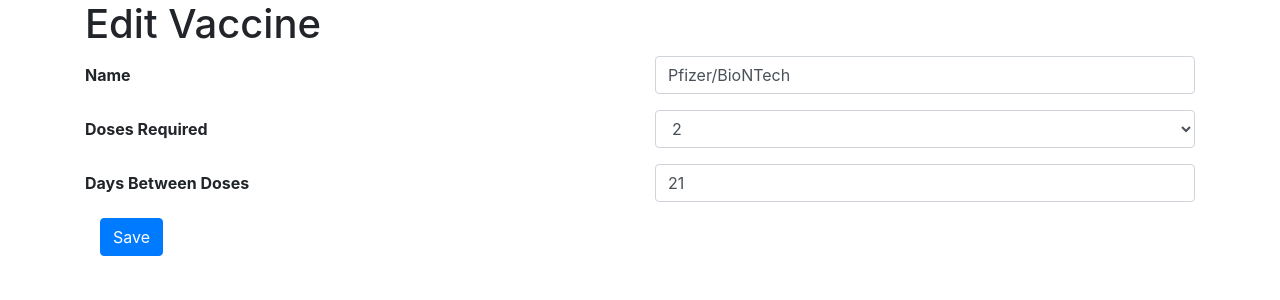
Repository: Thangtran1100/School-Stuff
Page: http://localhost/lab9/EditVaccine?id=1
These files come from the project's save history. The page is drawn as it stood at one moment and after the next save; the edit follows.
The browser window is 1280 px wide. The pictures show the whole page.
Some web libraries are served in a nearby version. The page is served by Tomcat 9. Other server files are loaded and not shown.

Above is the page before, as saved 2023-03-27 22:04:59.

### Spring 2023/CS3220/Assignments/3220-Lab9-App/lab9/src/main/webapp/EditVaccine.jsp
<%@ page language="java" contentType="text/html; charset=UTF-8"
    pageEncoding="UTF-8"%>
<%@ taglib prefix="c" uri="http://java.sun.com/jsp/jstl/core"%>
<!DOCTYPE html>
<html lang="en">
<head>
    <meta charset="UTF-8">
    <title>Edit Vaccine</title>
    <link rel="stylesheet"
	href="https://maxcdn.bootstrapcdn.com/bootstrap/4.0.0/css/bootstrap.min.css">
</head>
<body>
    <div class="container">
        <h1>Edit Vaccine</h1>
        <form action="EditVaccine" method="post" class="form-horizontal">
            <input type="hidden" name="id" value="${vaccineEntry.id}">

            <div class="form-group row">
                <label for="name" class="col-lg-6 font-weight-bold col-form-label control-label">Name</label>
                <div class="col-sm-6">
                    <input type="text" name="name" class="form-control" value="${vaccineEntry.vaccine}">
                </div>
            </div>

            <div class="form-group row">
                <label for="dose" class="col-lg-6 font-weight-bold col-form-label control-label">Doses Required</label>
                <div class="col-sm-6">
                    <select name="dose" class="form-control">
                        <c:forEach begin="1" end="2" var="index">
                            <c:choose>
                                <c:when test="${index == vaccineEntry.doseRequired}">
                                    <option value="${index}" selected>${index}</option>
                                </c:when>
                                <c:otherwise>
                                    <option value="${index}">${index}</option>
                                </c:otherwise>
                            </c:choose>
                        </c:forEach>
                    </select>
                </div>
            </div>

            <div class="form-group row">
                <label for="days" class="col-lg-6 font-weight-bold col-form-label control-label">Days Between Doses</label>
                <div class="col-sm-6">
                    <input type="text" name="days" class="form-control" value="${vaccineEntry.daysBetweenDose}">
                </div>
            </div>
            <div class="form-group">
                <div class="col-sm-offset-2 col-sm-10">
                    <button type="submit" class="btn btn-primary">Save</button>
                </div>
            </div>
        </form>
    </div>
    <!-- Bootstrap JS -->
    <script src="https://ajax.googleapis.com/ajax/libs/jquery/3.2.1/jquery.min.js"></script>
    <script src="https://maxcdn.bootstrapcdn.com/bootstrap/3.3.7/js/bootstrap.min.js"></script>
</body>
</html>

### Spring 2023/CS3220/Assignments/3220-Lab9-App/lab9/src/main/java/lab9/servlet/EditVaccine.java
package lab9.servlet;

import java.io.IOException;
import java.io.PrintWriter;
import java.util.List;

import javax.servlet.ServletException;
import javax.servlet.annotation.WebServlet;
import javax.servlet.http.HttpServlet;
import javax.servlet.http.HttpServletRequest;
import javax.servlet.http.HttpServletResponse;

import model.VaccineEntry;
import utilities.ServletUtilities;

/**
 * Servlet implementation class EditVaccine
 */
@WebServlet("/EditVaccine")
public class EditVaccine extends HttpServlet {
	private static final long serialVersionUID = 1L;

    /**
     * @see HttpServlet#HttpServlet()
     */
    public EditVaccine() {
        super();
        // TODO Auto-generated constructor stub
    }

	/**
	 * @see HttpServlet#doGet(HttpServletRequest request, HttpServletResponse response)
	 */
	protected void doGet(HttpServletRequest request, HttpServletResponse response) throws ServletException, IOException {
		// TODO Auto-generated method stub

		List<VaccineEntry> entries = ServletUtilities.getVaccineEntresFromServletContext(getServletContext());

		int vaccineId = Integer.parseInt(request.getParameter("id"));

		VaccineEntry vaccineEntry = null;

		for(VaccineEntry entry : entries)
		{
			if(entry.getId() == vaccineId)
			{
				vaccineEntry = entry;
				break;
			}
		}

		request.setAttribute("vaccineEntry", vaccineEntry);
		request.getRequestDispatcher("EditVaccine.jsp").forward(request, response);

	}

	/**
	 * @see HttpServlet#doPost(HttpServletRequest request, HttpServletResponse response)
	 */
	protected void doPost(HttpServletRequest request, HttpServletResponse response) throws ServletException, IOException {
		// TODO Auto-generated method stub


		String vaccine = request.getParameter( "name" );
        String doses = request.getParameter( "dose" );
        String days = request.getParameter( "days" );

        List<VaccineEntry> entries = ServletUtilities.getVaccineEntresFromServletContext(getServletContext());


        for( VaccineEntry entry : entries )
        {
        	if(vaccine.equals(entry.getVaccine()))
        	{
        		entry.setDoseRequired(doses);
        		entry.setDaysBetweenDose(days);
        	}
        }


        response.sendRedirect( "ListVaccine" );

	}

}

### Spring 2023/CS3220/Assignments/3220-Lab9-App/lab9/src/main/java/utilities/ServletUtilities.java
package utilities;

import java.util.ArrayList;
import java.util.List;

import javax.servlet.ServletContext;

import model.VaccineEntry;

public class ServletUtilities {

	public static final String VaccineEntresKey = "entries";
	public static final String DOCTYPE =
			"<!DOCTYPE HTML>";

	public static String headWithTitle(String title) {
		return(
				DOCTYPE + "\n" +
						"<HTML>\n" +
						"<HEAD><TITLE>" + title + "</TITLE></HEAD>\n");
	}

	public static String titleWithBody(String title, String body) {
		return (headWithTitle(title) + "<BODY>" + body + "</BODY>\n" + "</HTML>\n");
	}

	public static int getInt(String str){
		try {
			int val = str == null || str.trim().length() == 0 ? 0
		            : Integer.parseInt( str );
			return val;
		}catch(Exception ex) { }
		return 0;
   }

	public static VaccineEntry getEntry(List<VaccineEntry> entries, int id){
		VaccineEntry entry = null;
		for( var e : entries )
            if( e.getId() == id )
            {
                entry = e;
                break;
            }
		return entry;
   }

	public static List<VaccineEntry> getVaccineEntresFromServletContext(ServletContext context){
		var obj = context.getAttribute( VaccineEntresKey );
		if (obj == null) return new ArrayList<VaccineEntry>();
		try {
			return (List<VaccineEntry>) obj;
		}catch(Exception ex) { return new ArrayList<VaccineEntry>(); }
   }

}

After the next save:
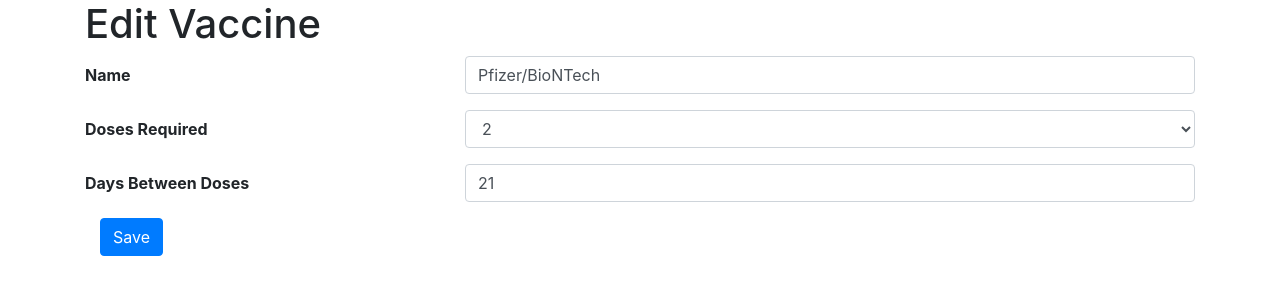
Saved 44 s later.
--- a/Spring 2023/CS3220/Assignments/3220-Lab9-App/lab9/src/main/webapp/EditVaccine.jsp
+++ b/Spring 2023/CS3220/Assignments/3220-Lab9-App/lab9/src/main/webapp/EditVaccine.jsp
@@ -16,15 +16,15 @@
             <input type="hidden" name="id" value="${vaccineEntry.id}">
 
             <div class="form-group row">
-                <label for="name" class="col-lg-6 font-weight-bold col-form-label control-label">Name</label>
-                <div class="col-sm-6">
+                <label for="name" class="col-lg-4 font-weight-bold col-form-label control-label">Name</label>
+                <div class="col-lg-8">
                     <input type="text" name="name" class="form-control" value="${vaccineEntry.vaccine}">
                 </div>
             </div>
 
             <div class="form-group row">
-                <label for="dose" class="col-lg-6 font-weight-bold col-form-label control-label">Doses Required</label>
-                <div class="col-sm-6">
+                <label for="dose" class="col-lg-4 font-weight-bold col-form-label control-label">Doses Required</label>
+                <div class="col-lg-8">
                     <select name="dose" class="form-control">
                         <c:forEach begin="1" end="2" var="index">
                             <c:choose>
@@ -41,8 +41,8 @@
             </div>
 
             <div class="form-group row">
-                <label for="days" class="col-lg-6 font-weight-bold col-form-label control-label">Days Between Doses</label>
-                <div class="col-sm-6">
+                <label for="days" class="col-lg-4 font-weight-bold col-form-label control-label">Days Between Doses</label>
+                <div class="col-lg-8">
                     <input type="text" name="days" class="form-control" value="${vaccineEntry.daysBetweenDose}">
                 </div>
             </div>
